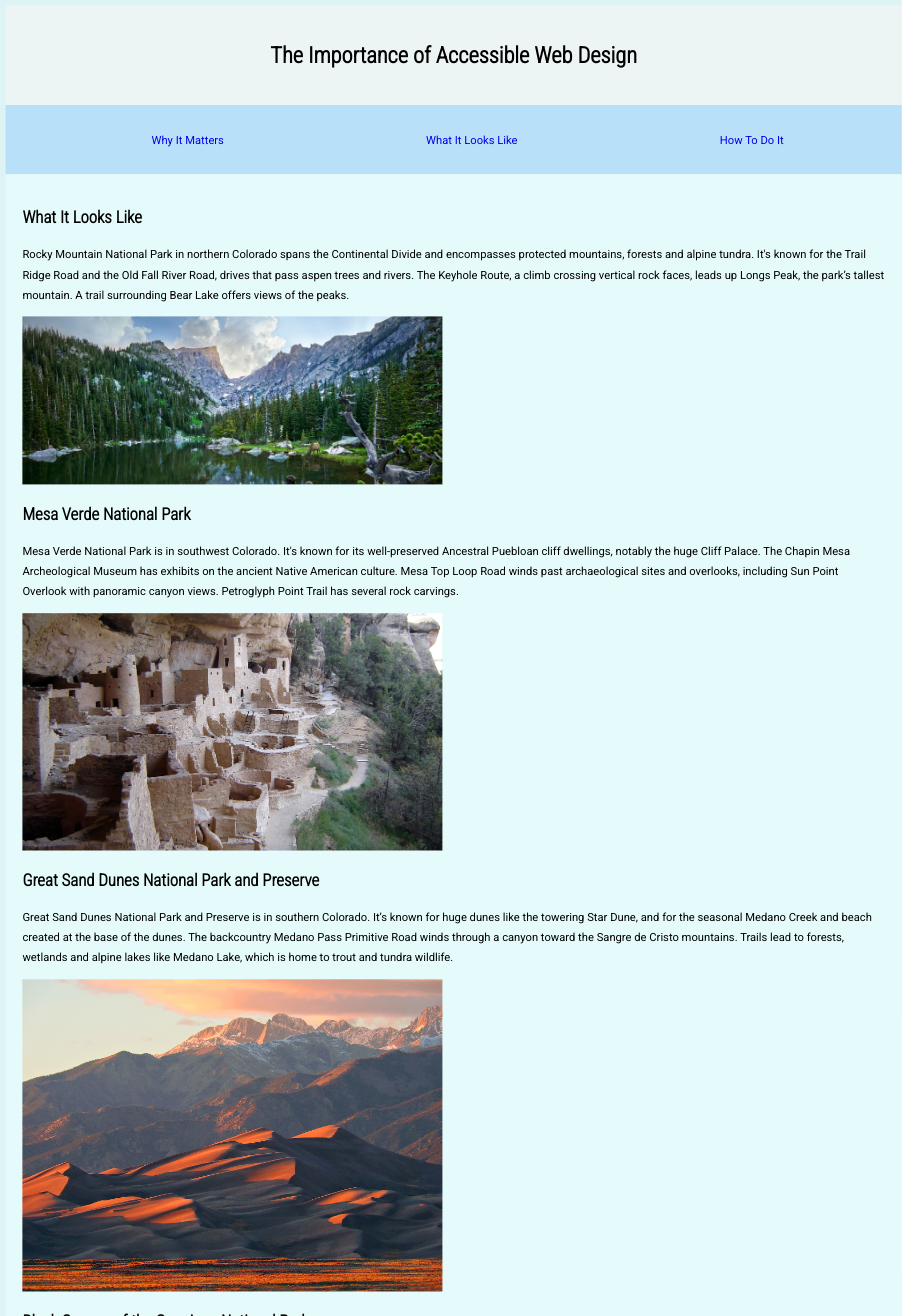
Repository: ethan-schrauf/UniversalDesignWebsite
Page: Final-Project/what.html
The author's editor kept a copy of each file at every save. The page is drawn from the files as they stood at one save, then again after the next save.
The browser window is 1280 px wide. The page is 1288 px wide, then 1280 px, so the pictures cover 1288 px, including what lies to the right of the window. The pictures show the part of the page from y = 0 to 1880 px (the page is 3869 px tall), at 70% of full size.

Above is the page before, as saved 2023-11-25 00:20:23.

### Final-Project/what.html

<!DOCTYPE html>

<html lang="en">
<head>
  <meta charset="UTF-8">
  <meta name="viewport" content="width=device-width, initial-scale=1.0">
  <meta http-equiv="X-UA-Compatible" content="ie=edge">
  <title>Why Accessibility Matters</title>
  <link href="what.css" rel="stylesheet">
</head>
<body>
<div class="container">
  <header>
    <h1>The Importance of Accessible Web Design</h1>
  </header>
  <nav>
    <h2 class="sr-only">Main Navigation</h2>
    <ul>
      <li><a href="why.html">Why It Matters</a></li>
      <li><a href="what.html">What It Looks Like</a></li>
      <li><a href="how.html">How To Do It</a></li>
    </ul>
  </nav>
  <main>
    <section>
      <h2 id="What It Looks Like">What It Looks Like</h2>
      <p>Rocky Mountain National Park in northern Colorado spans the Continental Divide and encompasses protected mountains, forests and alpine tundra. It's known for the Trail Ridge Road and the Old Fall River Road, drives that pass aspen trees and rivers. The Keyhole Route, a climb crossing vertical rock faces, leads up Longs Peak, the park’s tallest mountain. A trail surrounding Bear Lake offers views of the peaks.</p>
      <img src="images/rocky-mountain.jpeg" alt="Rocky Mountain National Park view from a lake with a large mountain behind it"  style="width: 600px; height: auto;">
      <h2>Mesa Verde National Park</h2>
      <p>Mesa Verde National Park is in southwest Colorado. It's known for its well-preserved Ancestral Puebloan cliff dwellings, notably the huge Cliff Palace. The Chapin Mesa Archeological Museum has exhibits on the ancient Native American culture. Mesa Top Loop Road winds past archaeological sites and overlooks, including Sun Point Overlook with panoramic canyon views. Petroglyph Point Trail has several rock carvings.</p>
      <img src="images/mesa-verde-national-park.jpeg" alt="Mesa Verde National Park Cave Dwellings"  style="width: 600px; height: auto;">
      <h2>Great Sand Dunes National Park and Preserve</h2>
      <p>Great Sand Dunes National Park and Preserve is in southern Colorado. It’s known for huge dunes like the towering Star Dune, and for the seasonal Medano Creek and beach created at the base of the dunes. The backcountry Medano Pass Primitive Road winds through a canyon toward the Sangre de Cristo mountains. Trails lead to forests, wetlands and alpine lakes like Medano Lake, which is home to trout and tundra wildlife.</p>
      <img src="images/great-sand-dunes-national-park.jpeg" alt="Great Sand Dunes National Park with collegiant peaks towering aboe" style="width: 600px; height: auto;">
      <h2>Black Canyon of the Gunnison National Park</h2>
      <p>Black Canyon of the Gunnison National Park is in western Colorado. It surrounds part of a deep, steep-walled gorge carved through Precambrian rock by the Gunnison River. Roads and trails along the north and south rims have views of the Black Canyon's dramatic drops and the striated Painted Wall cliff. The winding East Portal Road descends to the river. Wildlife includes mule deer, elk and golden eagles.</p>
      <img src="images/black-canyon-of-the-gunnison-national-park.jpeg" alt="Black Canyon of The Gunnison National Park" style="width: 600px; height: auto;">
      <h2>Lost Creek Wilderness</h2>
      <p>The Lost Creek Wilderness is a 119,790-acre wilderness area located in central Colorado in Jefferson and Park counties, south of the town of Bailey. The area is situated entirely within the boundaries of the Pike National Forest.</p>
      <img src="images/Lost-Creek-Wilderness-National-Park.jpeg" alt="Mountainside in Lost Creek Wilderness National Park" style="width: 600px; height: auto;">
      <h2>Black Ridge Canyons Wilderness (Colorado)</h2>
      <p>The Black Ridge Canyons Wilderness is located in western Colorado with a small portion extending into eastern Utah, USA, within the arid Colorado Plateau region approximately 15 miles west of Grand Junction, Colorado. The wilderness lies on the northwest flank of the Uncompahgre Plateau.</p>
      <img src="images/black-ridge-canyon-wilderness-national-park.jpeg" alt="Rock arch in Black Ridge Canyon Wilderness National Park" style="width: 600px; height: auto;">
    </section>
  </main>
  <aside id="intro">
    <h2>Park Rules</h2>
<iframe width="420" height="315"
src="https://www.youtube.com/embed/20SHvU2PKsM?si=sPxk5s9YLsb9J-sf">
</iframe>  </aside>
  <footer>
    <small> Designed by Ethan Schrauf</small>
  </footer>

</div> <!-- end container -->
</body>
</html>

### Final-Project/what.css
@import url('https://fonts.googleapis.com/css2?family=Roboto&display=swap');
@import url('https://fonts.googleapis.com/css2?family=Roboto&family=Roboto+Condensed:wght@300&display=swap');

body {
    background: rgb(222, 243, 244);
}

/* css reset */
::before,
::after {
    box-sizing: border-box;
    padding: 0;
    margin: 0;
}

h1,
h2,
h3 {
    padding: .2em 0;
}

p {
    margin: 1.0em 0;
    line-height: 1.8em;
}

header,
nav,
main,
aside,
footer {
    padding: 1.5em;
}

header,
footer {
    text-align: center;
}

.container {
    max-width: 1500px;
    margin: 0 auto;
    /* background: rgb(243, 251, 209); */
    display: grid;
    width: 100vw;
    height: 100vh;
    grid-template-columns:
     1fr       1fr;
    grid-template-areas:
    "heady     heady"
    "navvy     navvy"
    "mainy    mainy"
    "mainy    mainy"
    "footy     footy";

  }

  header {grid-area: heady; background:rgb(237, 245, 244);}
nav {grid-area: navvy; background:rgb(184, 224, 248);}
main {grid-area: mainy; background: rgb(229, 250, 250); max-height: 100%;}
#Park-Rules {grid-area: Park-Rules; background: rgb(214, 236, 245);}
#Colorado-Wildlife {grid-area: Colorado-Wildlife; background: rgb(215, 241, 247);}
footer {grid-area: footy; background: rgb(205, 238, 255);}

nav ul {
    display: flex;
    flex-flow: row nowrap;
    justify-content: space-around;
    }

    nav ul li {
      list-style: none
    }

    @media screen
      and (min-width: 701px)
      and (max-width: 1000px)  {
    .container {
    grid-template-columns:
       1fr 1fr;
    grid-template-areas:
      "heady heady"
      "navvy navvy"
      "mainy mainy"
      "footy footy";
    }
    }

    @media screen
      and (max-width: 700px)  {
    .container {
    grid-template-columns:
       1fr;
    grid-template-areas:
      "heady"
      "navvy"
      "mainy"
      "footy";
    }
    nav ul {
      flex-flow: column nowrap;
      text-align: center;
    }
    nav ul li a {
      display: block;
      padding: 10px 5px;
      margin: 5px;
      background: white;

    }
    }

    p {
        font-family: 'Roboto', sans-serif;
    }

    h2,
    h1 {
        font-family: 'Roboto Condensed', sans-serif;
    }

    #park-image {
        width: 300px; /* Set the desired width in pixels */
        height: auto; /* Maintain the aspect ratio */
      }

      .sr-only {
        border: 0;
        clip: rect(0, 0, 0, 0);
        height: 1px;
        margin: -1px;
        overflow: hidden;
        padding: 0;
        position: absolute;
        white-space: nowrap;
        width: 1px;
      }

       a {
      text-decoration: none;
      font-family: 'Roboto', sans-serif;
    }

After the next save:
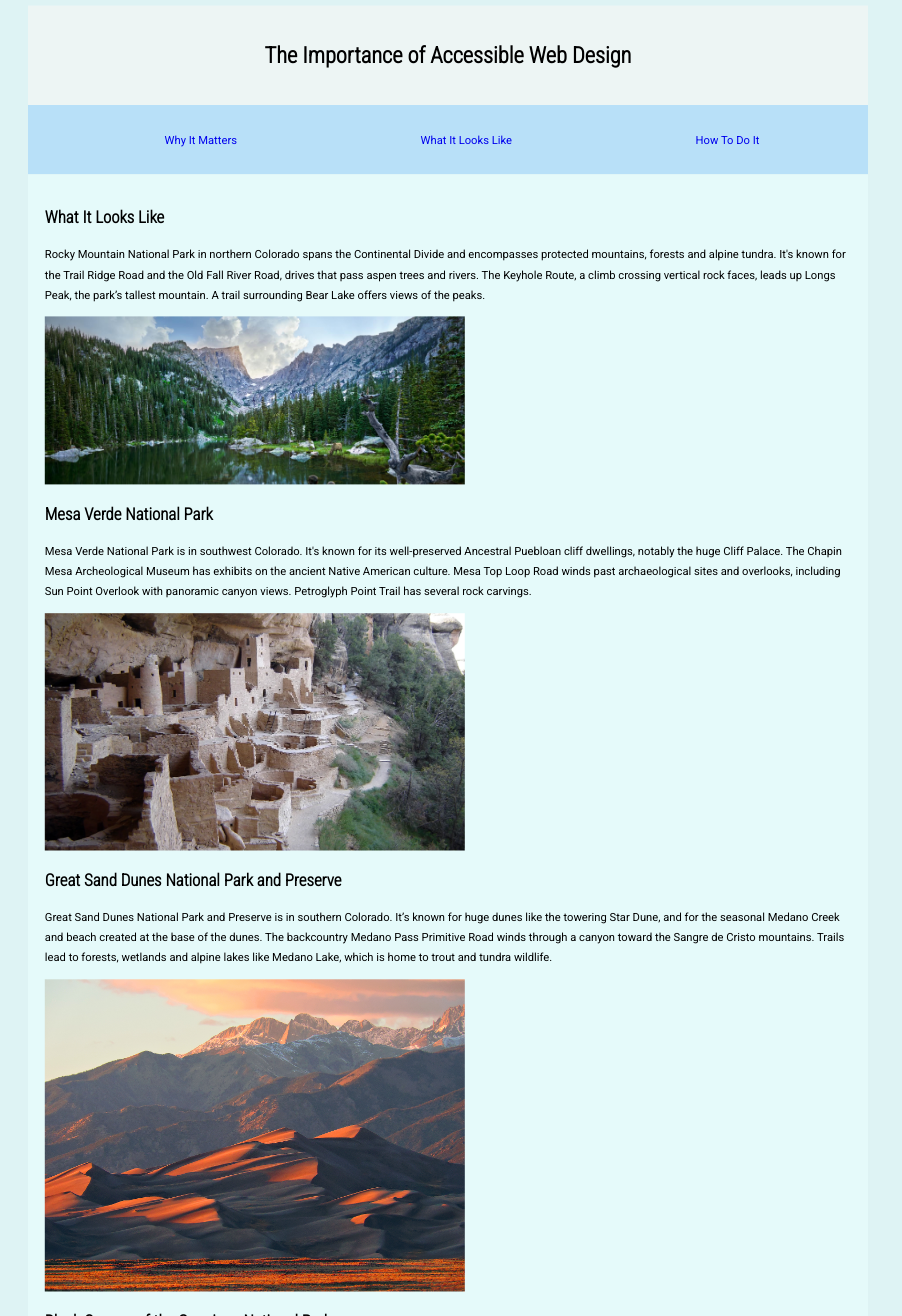
Saved 14 s later.
--- a/Final-Project/what.css
+++ b/Final-Project/what.css
@@ -38,7 +38,7 @@ footer {
 }
 
 .container {
-    max-width: 1500px;
+    max-width: 1200px;
     margin: 0 auto;
     /* background: rgb(243, 251, 209); */
     display: grid;
